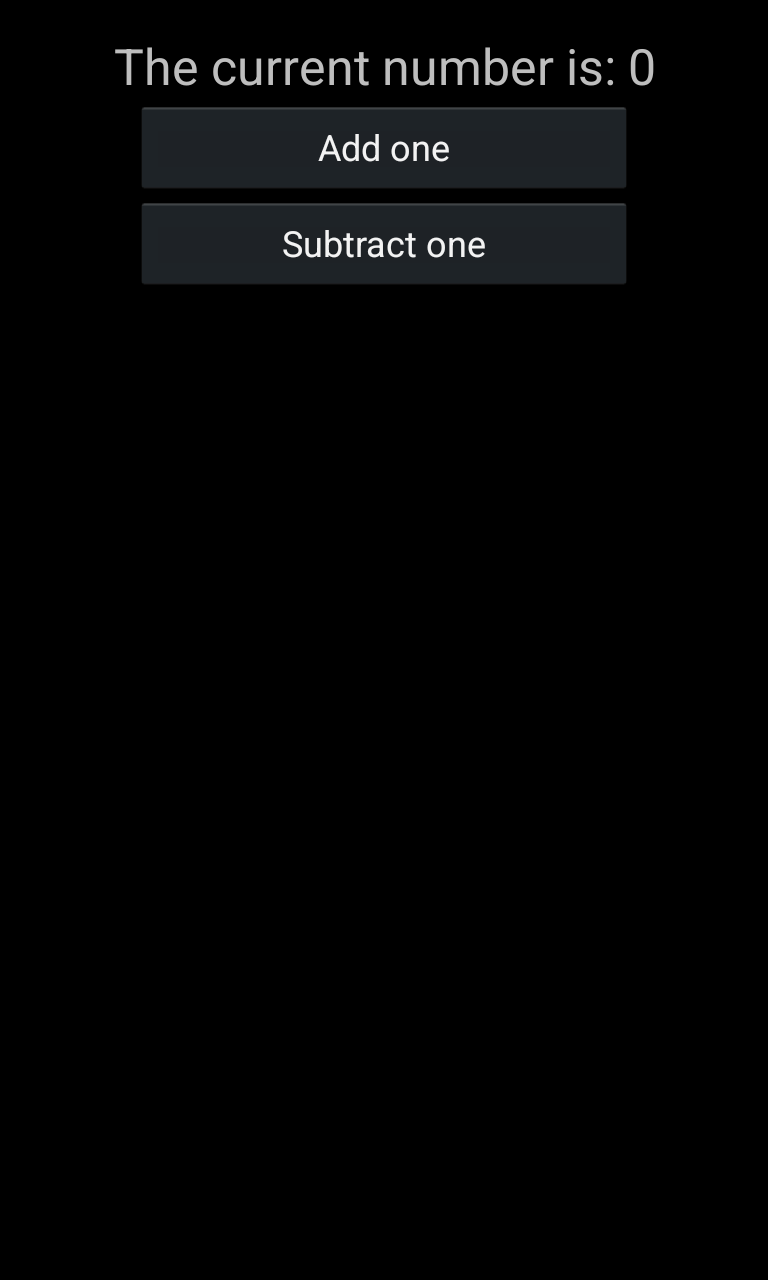
Repository: weisi94/androidapp
Layout: demoNabu/res/layout/activity_main.xml
The author's editor kept a copy of each file at every save. The layout is drawn from the files as they stood at one save, then again after the next save.
It is drawn on a 768 x 1280 px phone screen (xhdpi) without system bars, with theme android:Theme.Holo; the app's code is not run.

Above is the layout before, as saved 2015-02-25 08:23:45.

After the next save:
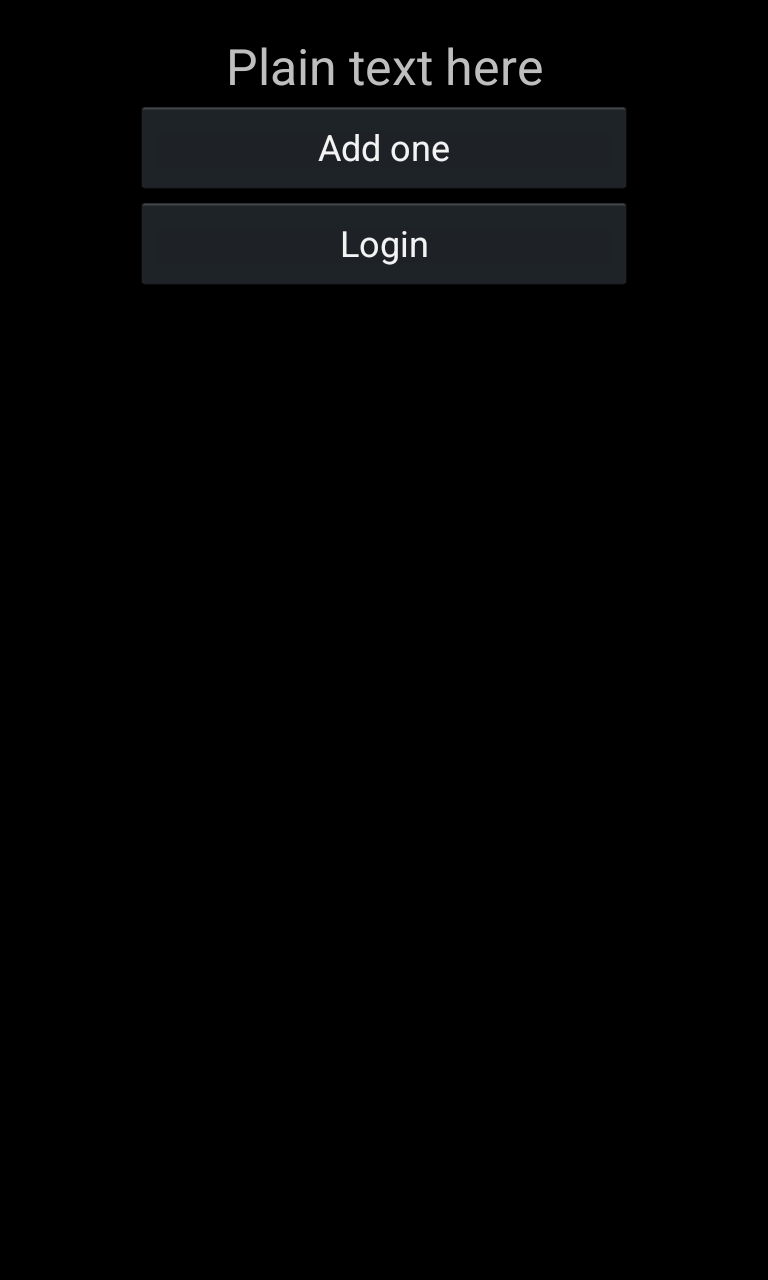
Saved 43 s later.
--- a/demoNabu/res/layout/activity_main.xml
+++ b/demoNabu/res/layout/activity_main.xml
@@ -12,7 +12,7 @@
     <TextView
         android:layout_width="fill_parent"
         android:layout_height="wrap_content"
-        android:text="The current number is: 0"
+        android:text="Plain text here"
         android:textSize="25sp"
         android:gravity="center"
         android:id="@+id/tvDisplay"
@@ -27,7 +27,7 @@
     <Button
         android:layout_width="250dp"
         android:layout_height="wrap_content"
-        android:text="Subtract one"
+        android:text="Login"
         android:layout_gravity="center"
         android:id="@+id/bSub"
         />
